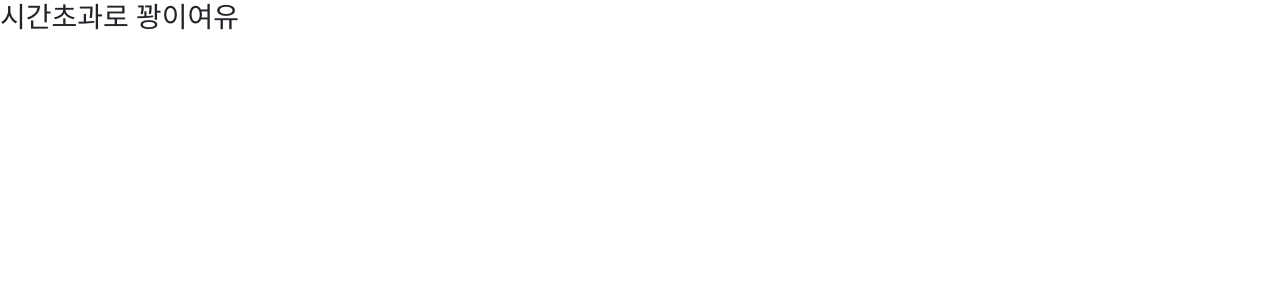
Repository: JunbroGit/SistProject
Page: http://localhost/jsaAjaxProject/session/sessionAction.jsp
The author's editor kept a copy of each file at every save. The page is drawn from the files as they stood at one save, then again after the next save.
The browser window is 1280 px wide. The pictures show the whole page.
Some web fonts or font styles are not loaded; a fallback is used. The page is served by Tomcat 9.

Above is the page before, as saved 2024-03-13 00:43:46.

After the next save:
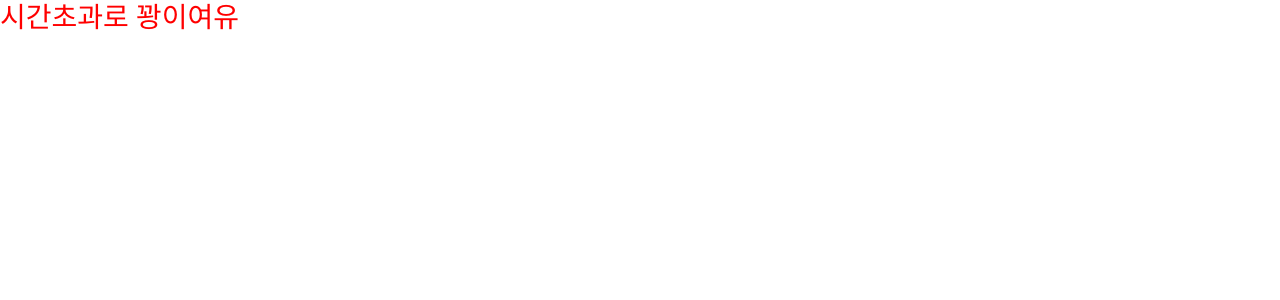
Saved 11 s later.
--- a/jspwork/jsaAjaxProject/src/main/webapp/session/sessionAction.jsp
+++ b/jspwork/jsaAjaxProject/src/main/webapp/session/sessionAction.jsp
@@ -19,7 +19,7 @@
 
 	if(msg==null || msg.equals("happy"))
 	{%>
-		<h3>시간초과로 꽝이여유</h3>
+		<h3 style="color: red;">시간초과로 꽝이여유</h3>
 	<%}
 %>
 </body>
